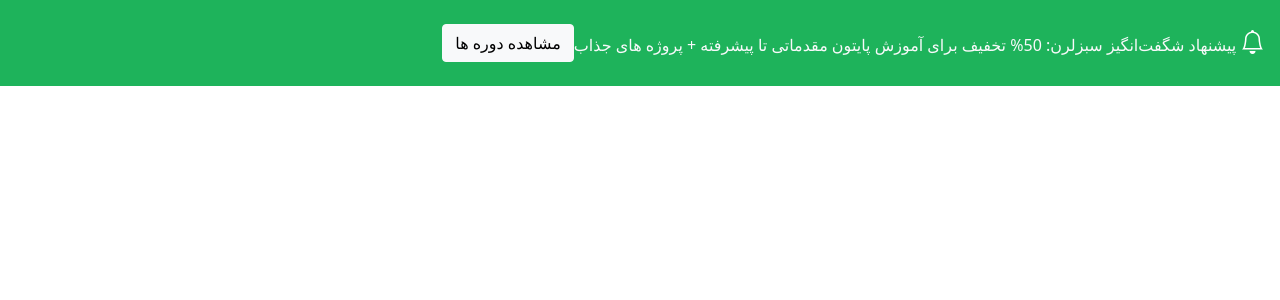
Repository: mobina-mirzaei/final-project-mirzaei
Page: index.html
These files come from the project's save history. The page is drawn as it stood at one moment and after the next save; the edit follows.
The browser window is 1280 px wide. The pictures show the whole page.
The style sheet was rebuilt from its Sass, Less or Tailwind sources for each picture, by a compiler version that may differ from the author's.

Above is the page before, as saved 2025-06-05 21:07:36.

After the next save:
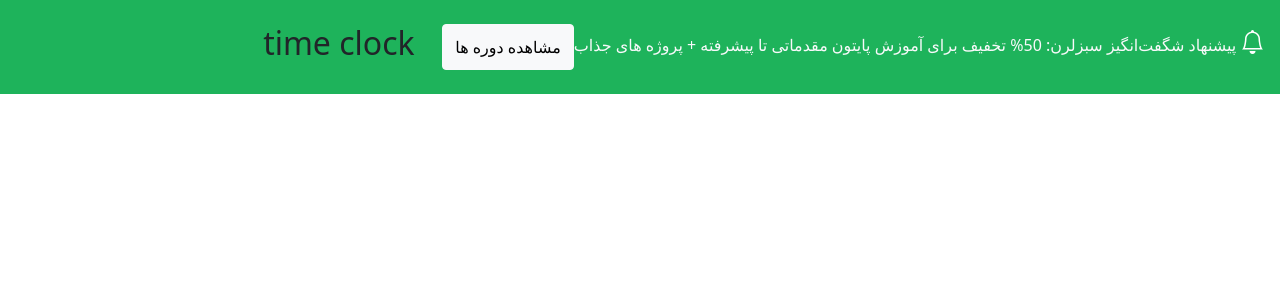
Saved 45 s later.
--- a/index.html
+++ b/index.html
@@ -27,7 +27,7 @@
             <button class="btn btn-light">مشاهده دوره ها</button>
         </div>
         <div class="col-lg-4">
-
+            <h2>time clock</h2>
         </div>
       </div>
     </div>
